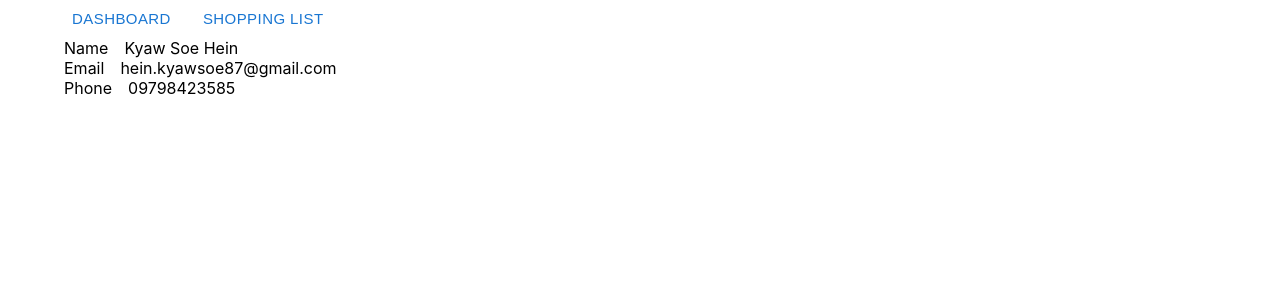
Repository: KyawSoeHein/GoogleAuthReact
Page: /
These files come from the project's save history. The page is drawn as it stood at one moment and after a run of saves; the edit follows.
The browser window is 1280 px wide. The pictures show the whole page.
The project was rebuilt for these pictures with package versions that can differ from the ones it lists, and the page was loaded fresh each time. Also part of the build but not shown: src/App.css.

Above is the page before, as saved 2022-02-14 19:17:20.

After the next 2 saves:
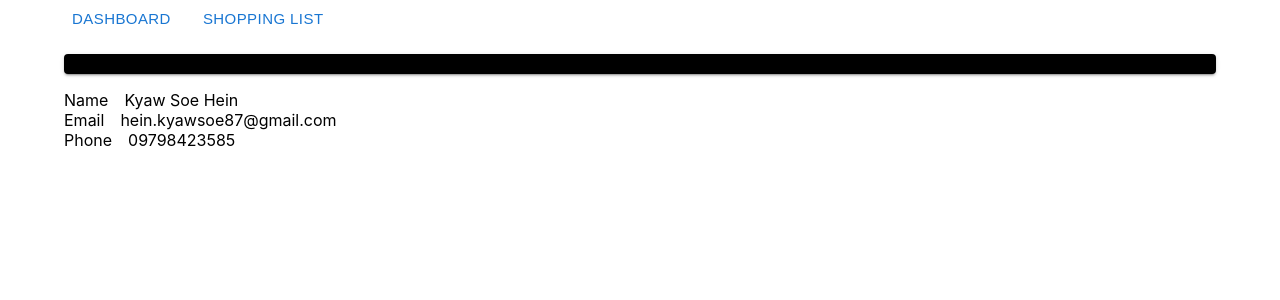
The 2 saves are shown as one change because 1 did not build or start.
The last was saved 38 s later.
--- a/src/Components/CoverAndProfilePhoto.tsx
+++ b/src/Components/CoverAndProfilePhoto.tsx
@@ -5,7 +5,7 @@ import "../App.css";
 const CoverAndProfilePhoto = () => {
   return (
     <Paper elevation={2} sx={{ backgroundColor: "black" }}>
-      <div></div>
+      <p>Hello</p>
     </Paper>
   );
 };
